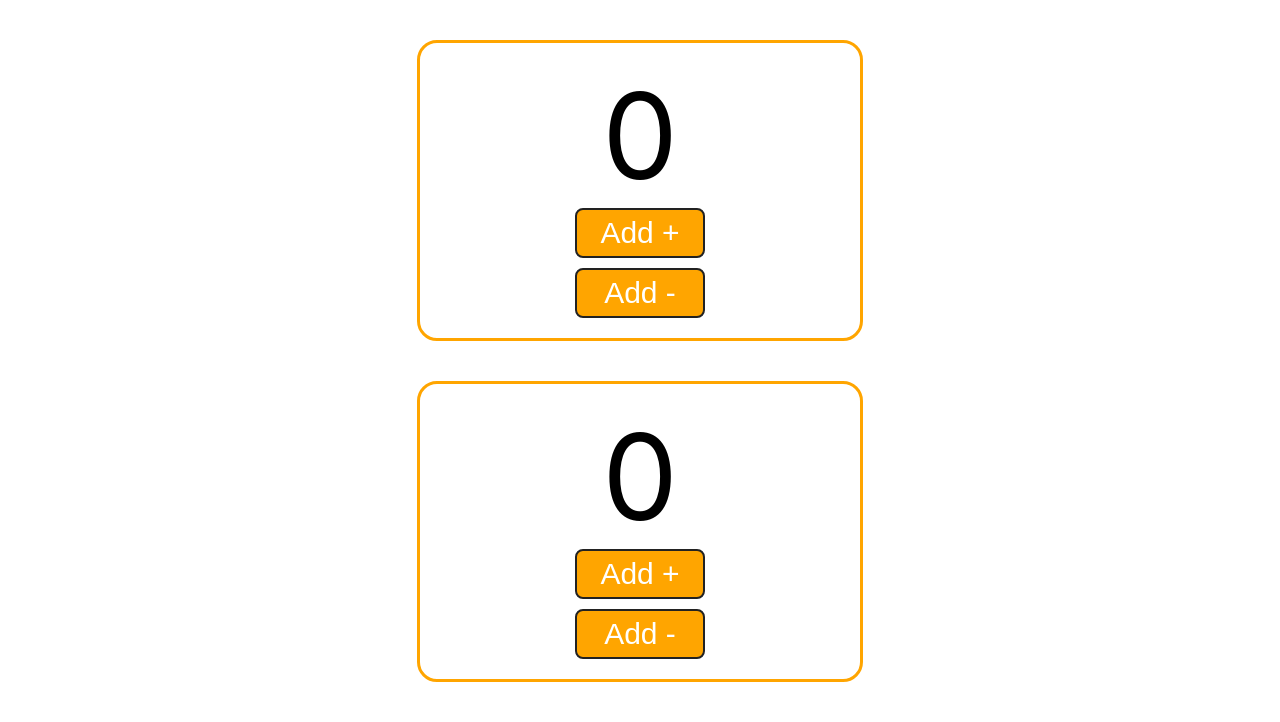
Repository: dnjfht/css-example
Page: /
An editor plug-in stored every save of this project. The page is shown before and after the next save, followed by the edit.
The browser window is 1280 px wide. The pictures show the whole page.
The project was rebuilt for these pictures with package versions that can differ from the ones it lists, and the page was loaded fresh each time.

Above is the page before, as saved 2023-05-09 19:17:48.

### src/App.js
import React, { useState } from "react";
import Counter from "./components/Counter";

export default function App() {
  const [count, setCount] = useState(0);
  return (
    <div>
      <Counter count={count} setCount={setCount} />
      <Counter count={count} setCount={setCount} />
    </div>
  );
}

### src/components/Counter.jsx
import React from "react";

export default function Counter({ count, setCount }) {
  const handleClickCountUp = () => {
    setCount((prev) => prev + 1);
  };

  const handleClickCountDown = () => {
    if (count > 0) setCount(count - 1);
  };

  return (
    <div
      style={{
        width: 400,
        padding: 20,
        margin: "40px auto",
        border: "3px solid orange",
        borderRadius: 20,
        display: "flex",
        flexDirection: "column",
        alignItems: "center",
      }}
    >
      <span style={{ fontSize: 120 }}>{count}</span>
      <button
        style={{
          width: 130,
          padding: "6px 16px",
          boxSizing: "border-box",
          backgroundColor: "orange",
          border: "2px solid #222",
          borderRadius: 8,
          fontSize: 30,
          color: "white",
        }}
        onClick={handleClickCountUp}
      >
        Add +
      </button>
      <button
        style={{
          width: 130,
          padding: "6px 16px",
          marginTop: 10,
          boxSizing: "border-box",
          backgroundColor: "orange",
          border: "2px solid #222",
          borderRadius: 8,
          fontSize: 30,
          color: "white",
        }}
        onClick={handleClickCountDown}
      >
        Add -
      </button>
    </div>
  );
}

Loaded but not shown: public/index.html (common file); src/index.js (common file); src/index.css (common file); src/reportWebVitals.js (common file)

After the next save:
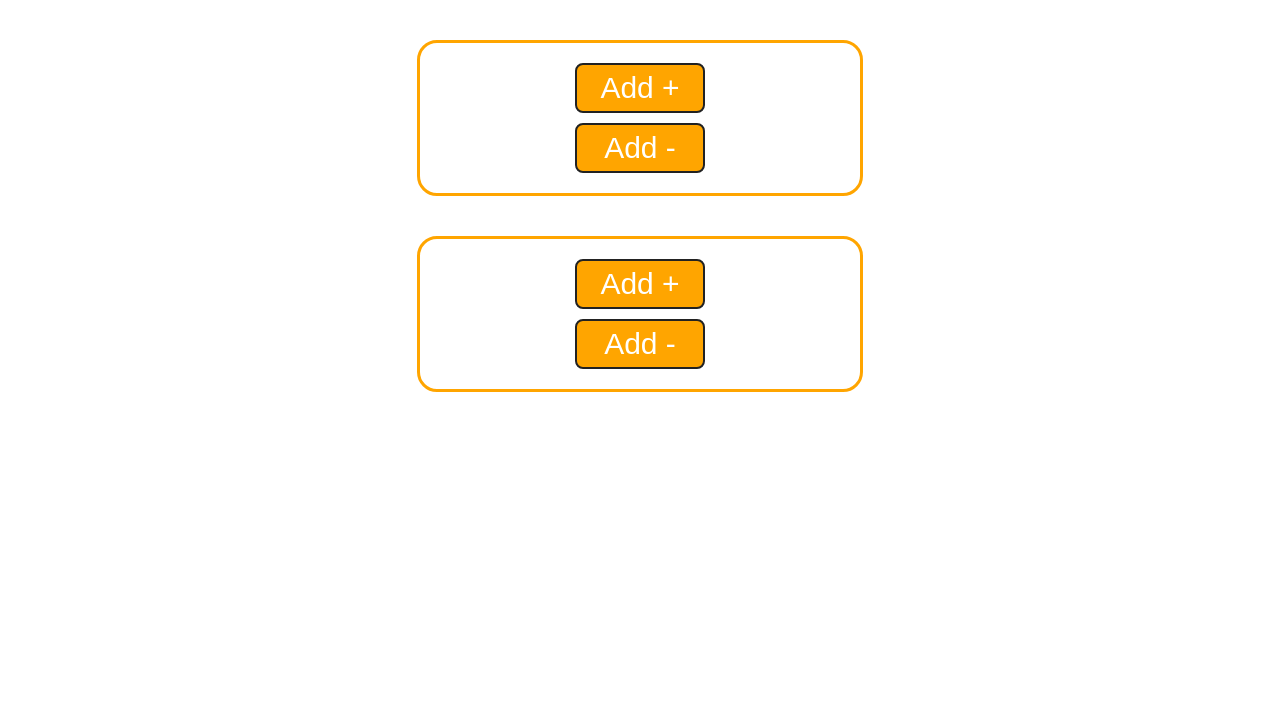
Saved 2 min 18 s later.
--- a/src/App.js
+++ b/src/App.js
@@ -2,11 +2,10 @@ import React, { useState } from "react";
 import Counter from "./components/Counter";
 
 export default function App() {
-  const [count, setCount] = useState(0);
   return (
     <div>
-      <Counter count={count} setCount={setCount} />
-      <Counter count={count} setCount={setCount} />
+      <Counter />
+      <Counter />
     </div>
   );
 }

After the 2 saves that followed:
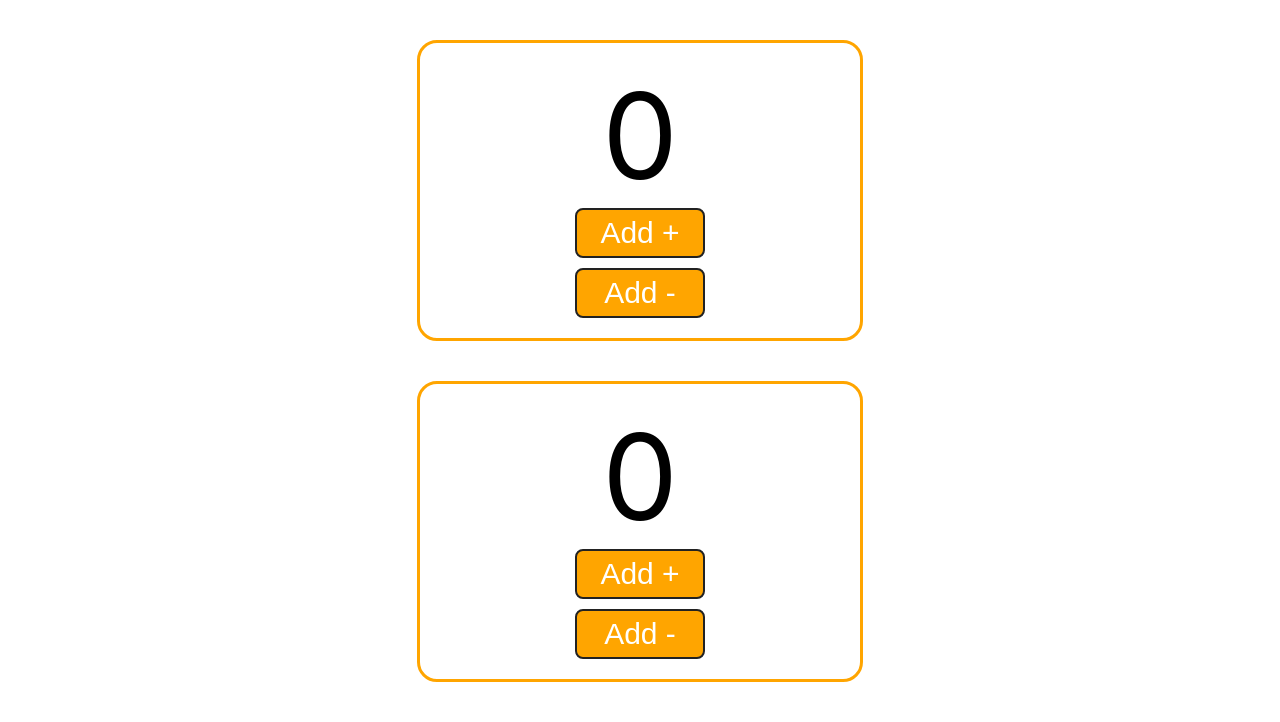
The 2 saves are shown as one change because 1 did not build or start.
The last was saved 20 s later.
--- a/src/components/Counter.jsx
+++ b/src/components/Counter.jsx
@@ -1,6 +1,8 @@
-import React from "react";
+import React, { useState } from "react";
 
-export default function Counter({ count, setCount }) {
+export default function Counter() {
+  const [count, setCount] = useState(0);
+
   const handleClickCountUp = () => {
     setCount((prev) => prev + 1);
   };
